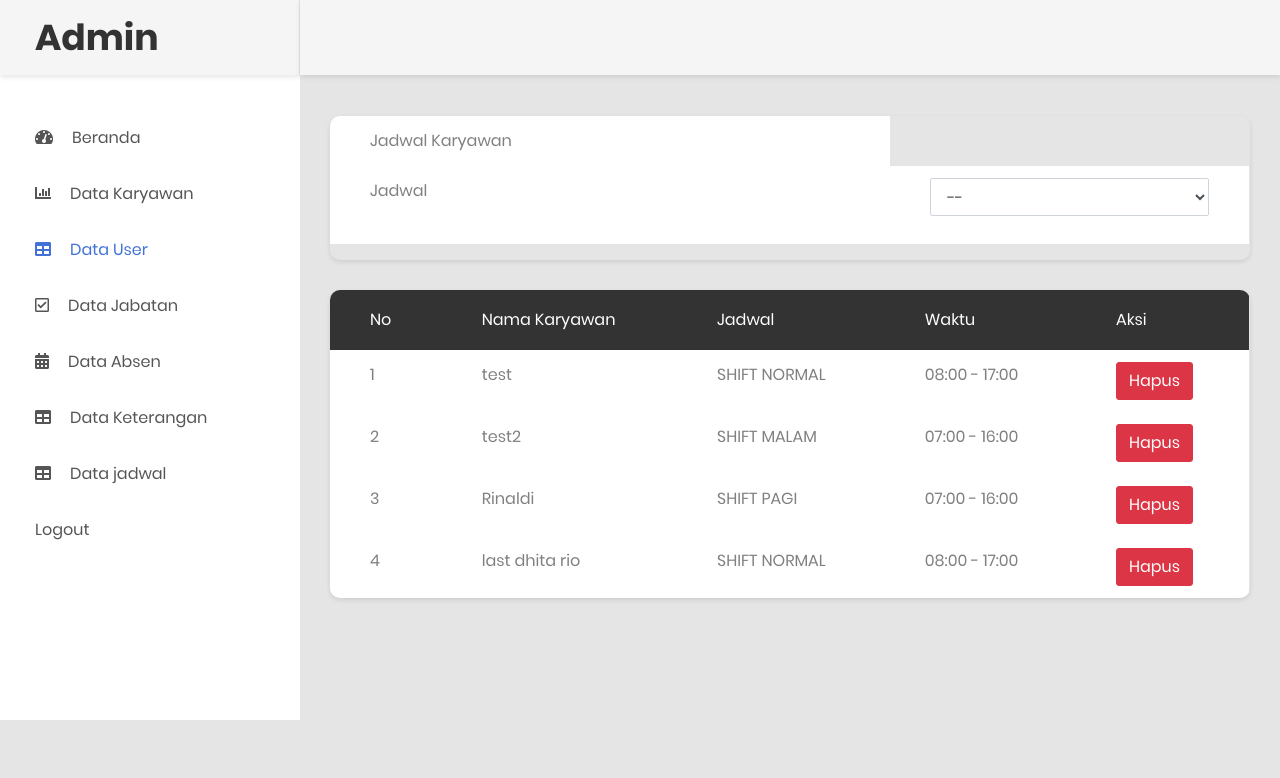
Repository: naldi23bob/Absen2
Page: http://localhost/datajadwal.php
These files come from the project's save history. The page is drawn as it stood at one moment and after the next save; the edit follows.
The browser window is 1280 px wide. The pictures show the whole page.
The page is run by PHP 8.4 with error messages shown; the project is at /var/www/html/. The session is filled in as if someone had signed in: {"idsi": 2, "namasi": "admin", "ttlsi": 1, "jenkelsi": 1, "agamasi": 1, "alamatsi": 1, "teleponsi": 1, "jabatansi": 1, "schedulesi": 1, "fotosi": 1, "username": "admin"}. The database holds what the project's SQL file puts in it.

Above is the page before, as saved 2023-07-23 16:14:08.

After the next save:
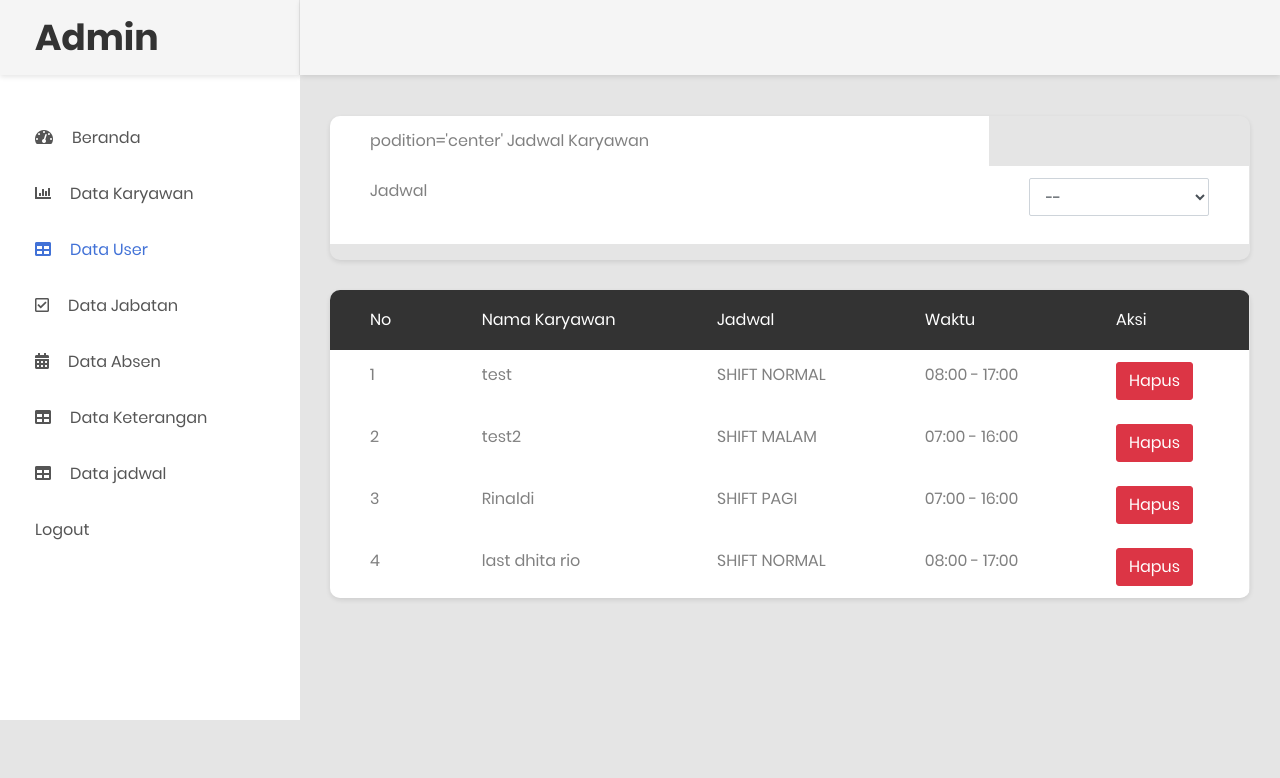
Saved 47 s later.
--- a/datajadwal.php
+++ b/datajadwal.php
@@ -193,7 +193,7 @@ error_reporting(0);
                             <form action="admin/admin_save.php" method="post">
                                 <div class="form-group">
                                 <table class="table table-borderless table-striped table-earning" >
-                                        <td> Jadwal Karyawan </td>
+                                        <td>podition='center' Jadwal Karyawan </td>
                                         </td>
                                         </td>
                                         <tbody>
